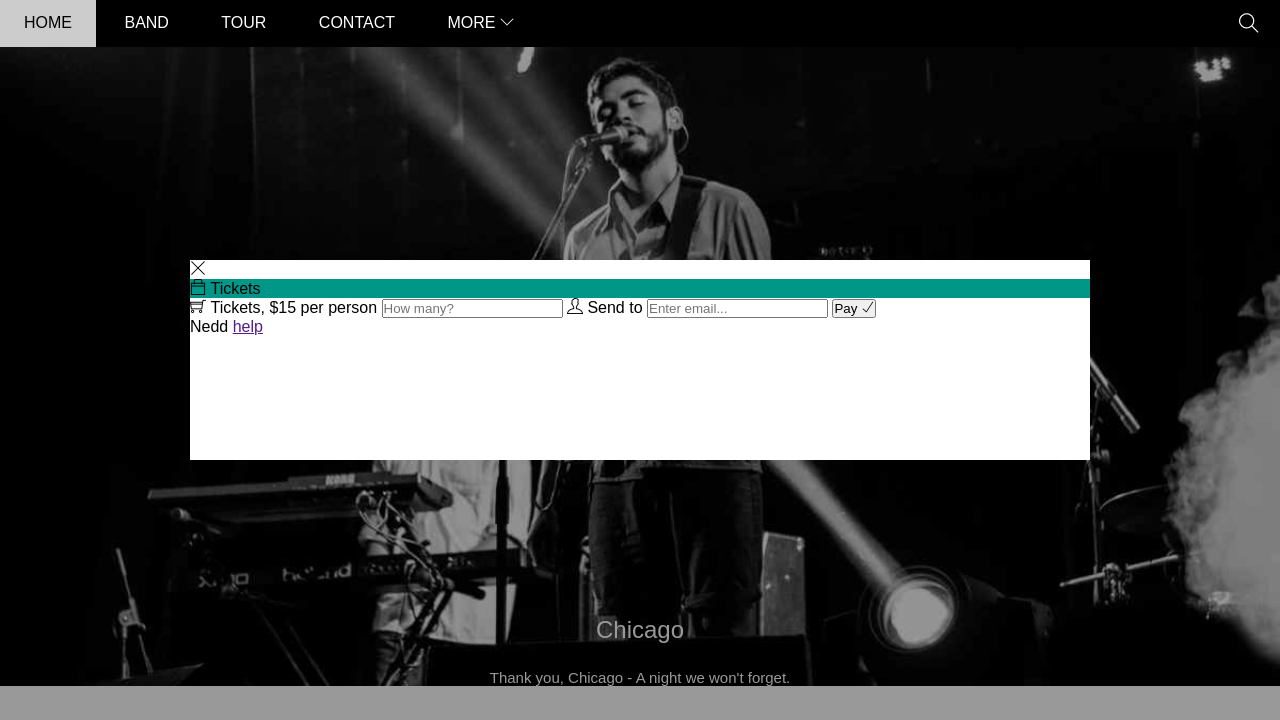
Repository: Thanhtrunghoang123/the-band
Page: index.html
These files come from the project's save history. The page is drawn as it stood at one moment and after the next save; the edit follows.
The browser window is 1280 px wide. The pictures show the window.
A layer covers the whole window, so only the first screen is drawn.

Above is the page before, as saved 2022-07-21 21:59:48.

After the next save:
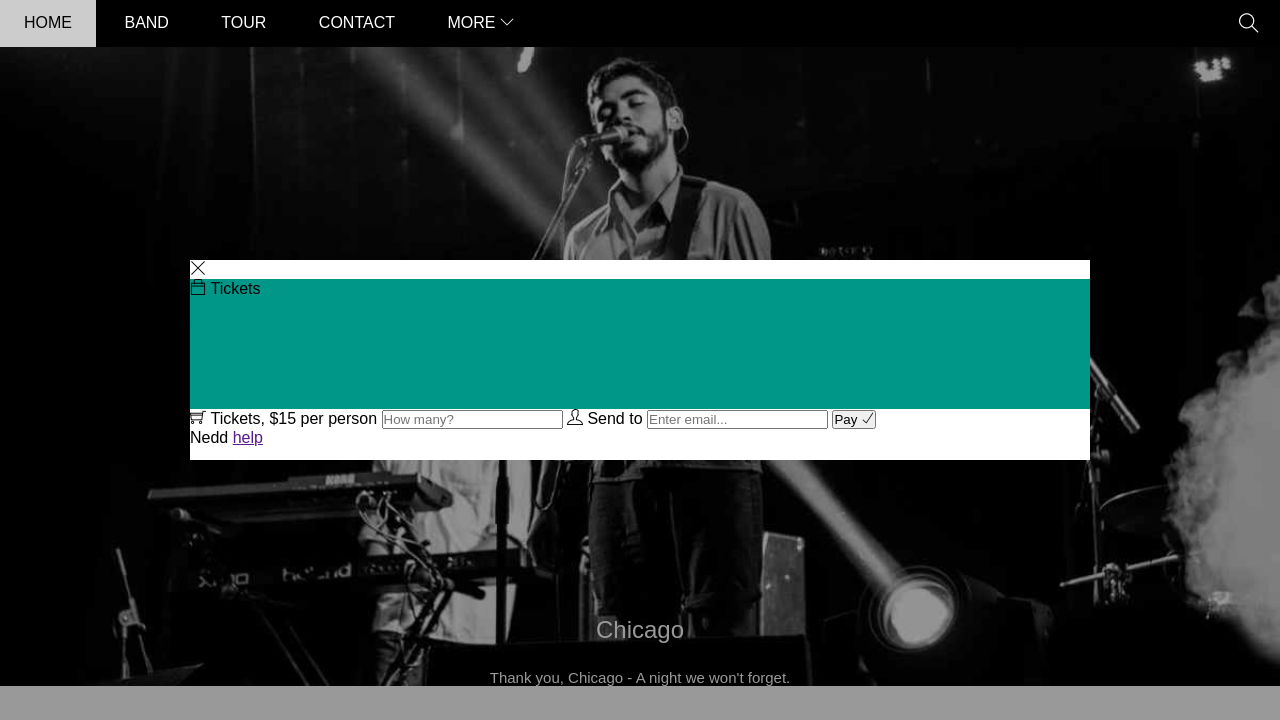
Saved 21 s later.
--- a/assest/css/style.css
+++ b/assest/css/style.css
@@ -291,6 +291,7 @@
 
 .modal-header{
     background-color: #009688;
+    height: 130px;
 }
 
 #footer{
